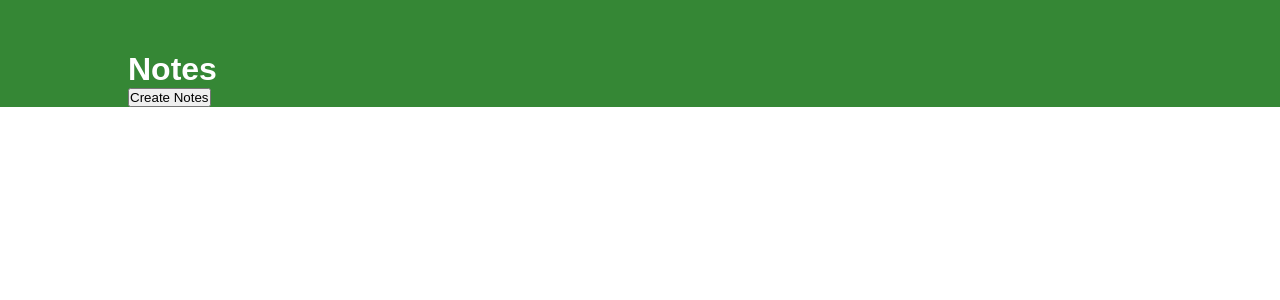
Repository: jadon1281/Imersion_Project
Page: Task2/Note_APP/index.html
The author's editor kept a copy of each file at every save. The page is drawn from the files as they stood at one save, then again after the next save.
The browser window is 1280 px wide. The pictures show the whole page.

Above is the page before, as saved 2025-06-12 09:44:21.

After the next save:
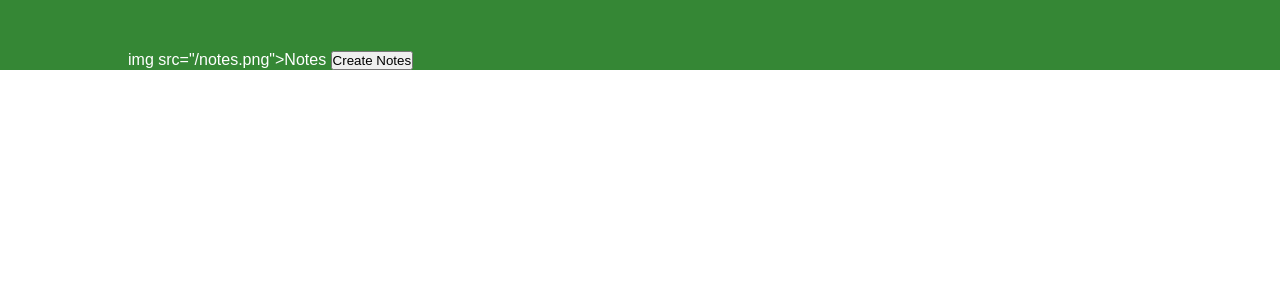
Saved 30 s later.
--- a/Task2/Note_APP/index.html
+++ b/Task2/Note_APP/index.html
@@ -8,7 +8,7 @@
 </head>
 <body>
     <div class="container">
-        <h1 img src="/notes.png">Notes</h1>
+        <h1></h1> img src="/notes.png">Notes</h1>
         <button>Create Notes</button>
     </div>
 
